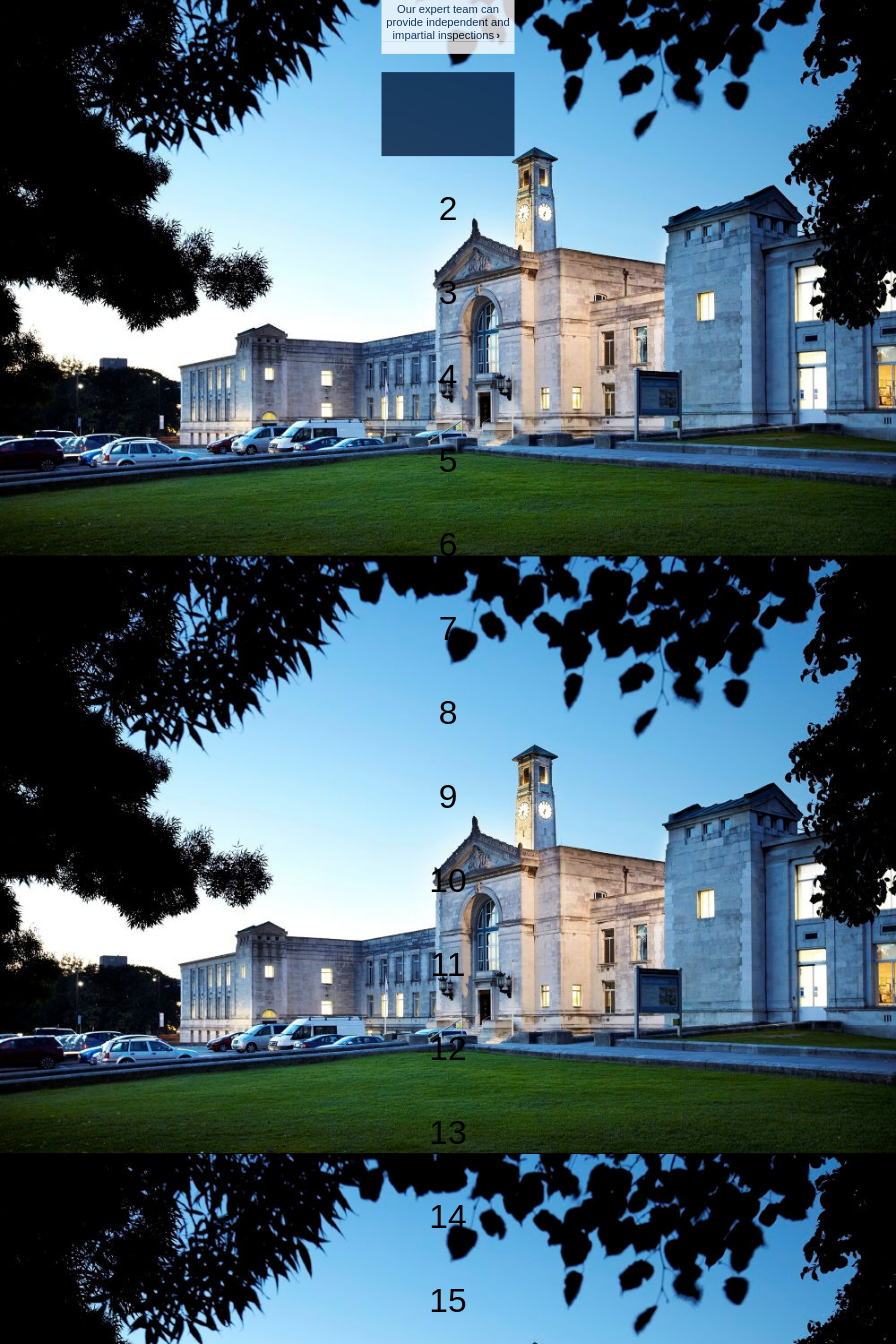
Repository: Domehead123/advent
Page: index.html
The author's editor kept a record of every edit. The page is drawn from the files as they stood at one moment, then again after the next edit.
The browser window is 1280 px wide. The pictures show the part of the page from y = 0 to 1920 px (the page is 2998 px tall before and 2906 px after), at 70% of full size.

Above is the page before.

After the next edit:
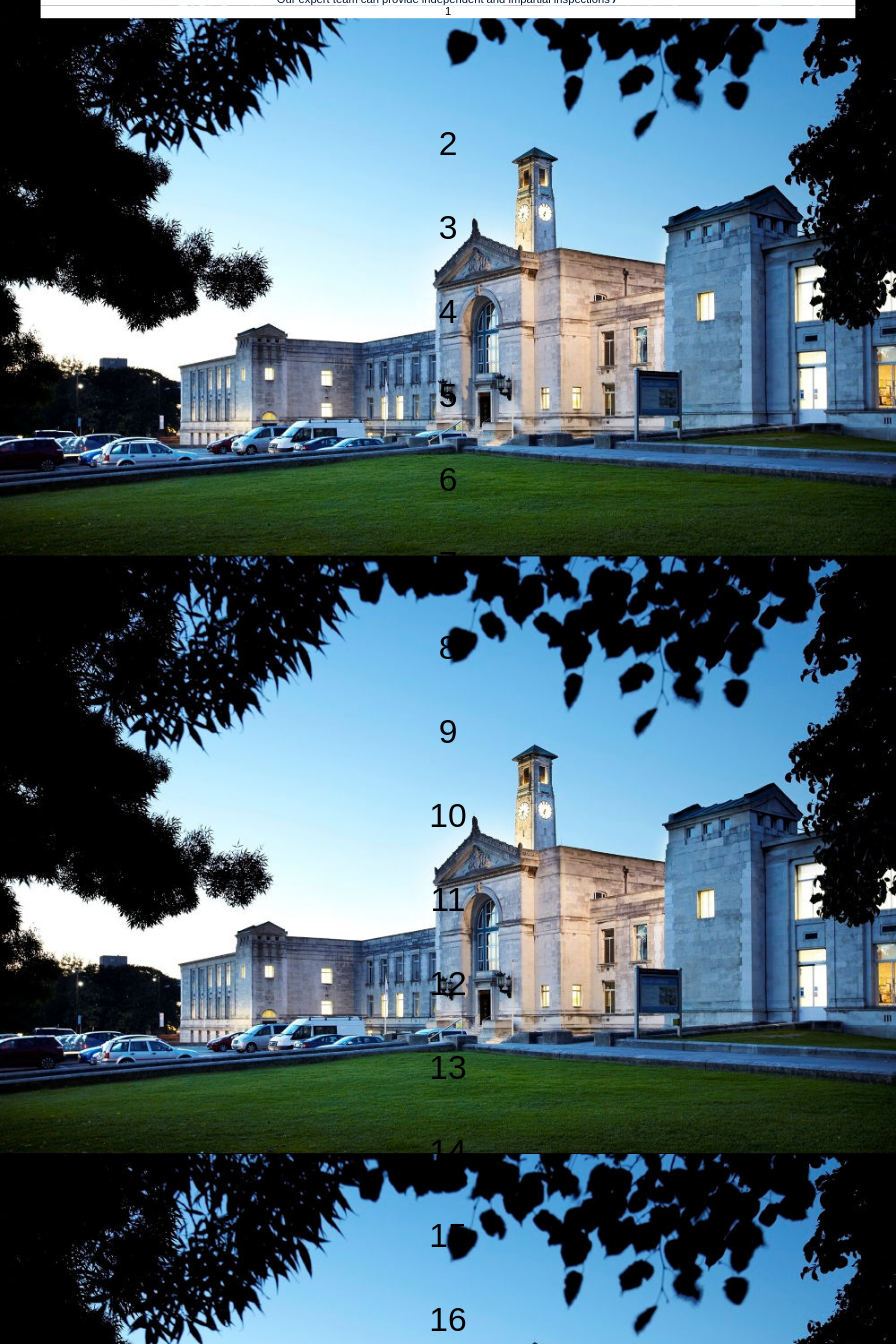
The edit:
--- a/index.html
+++ b/index.html
@@ -9,7 +9,7 @@
 </head>
 <body>
     <div class="window-wrapper">
-        <div class="window">
+
 
         <div class="window-open"><a href="https://www.southampton.gov.uk/roads-parking/highway/mot/"></span><span class="window-header">MOT service</span>
         <span class="abstract">Our expert team can provide independent and impartial inspections</span><span class="day">1</span></a></div>
